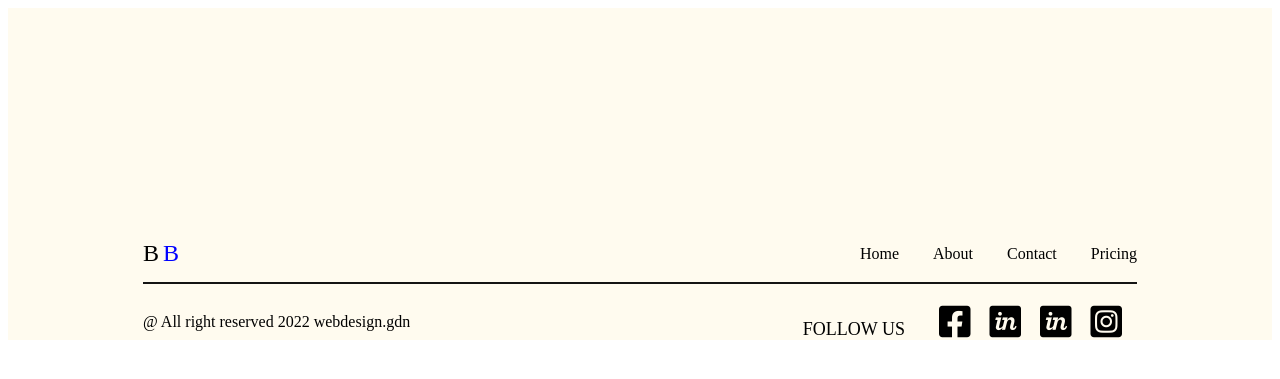
Repository: ngocphuocha/4lifeteam-marketing-agency
Page: index.html
These files come from the project's save history. The page is drawn as it stood at one moment and after the next save; the edit follows.
The browser window is 1280 px wide. The pictures show the whole page.

Above is the page before, as saved 2023-03-13 17:41:40.

### index.html
<!DOCTYPE html>
<html lang="en">
  <head>
    <meta charset="UTF-8" />
    <meta http-equiv="X-UA-Compatible" content="IE=edge" />
    <meta name="viewport" content="width=device-width, initial-scale=1.0" />
    <title>Footer Page</title>
    <!-- hoang nhi css -->
    <link rel="stylesheet" href="css/footer-service.css" />
    <link rel="stylesheet" href="https://use.fontawesome.com/releases/v5.15.4/css/all.css" integrity="sha384-DyZ88mC6Up2uqS4h/KRgHuoeGwBcD4Ng9SiP4dIRy0EXTlnuz47vAwmeGwVChigm" crossorigin="anonymous"/>
  </head>
  <body>
    <!-- Our service (Hoang nhi) -->

    <!--  our service (hoang nhi) -->
  </body>


    <div class="background-footer">
          <div class="container">
            <div class="footer-left">
              <span class="span-1">B</span>
              <span class="span-2">B</span>
            </div>
            <div class="footer-right">
              <span>Home</span>
              <span>About</span>
              <span>Contact</span>
              <span style="padding-right: 0px;">Pricing</span>
            </div>
          </div>
          <div class="footer">
            <div class="text-left">
              <span>@ All right reserved 2022 webdesign.gdn</span>
            </div>
            <div class="text-right">
              <span>FOLLOW US</span>
              <i class="fab fa-facebook-square"></i>
              <i class="fab fa-invision"></i>
              <i class="fab fa-invision"></i>
              <i class="fab fa-instagram-square"></i>
            </div>
          </div>
          <!-- <div class="list-left">
            <a>dsadsa</a>
          </div>
          <div class="list-right">
            <ul>
              <li>
                <a>Home</a>
              </li>
              <li>
                <a>About</a>
              </li>
              <li>
                <a>Contact</a>
              </li>
              <li>
                <a>Pricing</a>
              </li>
            </ul>
          </div>
          <div class="navbar">
            <a style="color: white;">dsadsa</a>
          </div>
          <div class="footer-text">
            <a>@ All right reserved 2022 webdesign.gdn</a>
          </div>
          <div class="footer-icons">
            <ul>
              <li>
                <a>FOLLOW US</a>
              </li>
              <li>
                <i class="fab fa-facebook-square"></i>
              </li>
              <li>
                <i class="fab fa-invision"></i>

              </li>
              <li>
                <i class="fab fa-twitter-square"></i>
              </li>
              <li>
                <i class="fab fa-instagram-square"></i>
              </li>

            </ul>
          </div> -->

    </div>
</html>

### css/footer-service.css
/*Nguyen Thanh*/
  .background-footer{
    background: #FFFBEF;
    padding-top: 232px;
  }

  .background-footer .container{
    display: flex;
    justify-content: space-between;
    align-items: center;
    padding: 0px 0px 15px;
    border-bottom: 2px solid rgba(5, 5, 5, 0.938);
    margin-bottom: 20px;
    margin-right:135px ;
    margin-left: 135px;
  }

  .background-footer .container .footer-left .span-1{
    font-size: 24px;
  }
  .background-footer .container .footer-left .span-2{
    font-weight: 700px;
    font-size: 24px;
    color: blue;
  }

  .background-footer .container .footer-right span{
    padding: 0px 15px;
  }

  .background-footer .footer{
    display: flex;
    align-items: center;
    justify-content: space-between;
    padding: 0px 135px;
  }

  .background-footer .footer .text-right{
    padding-right: 15px;
  }
  .background-footer .footer .text-right span{
    padding: 0px 15px;
    font-size: 18px;
  }
  .background-footer .footer .text-right i{
    padding-left: 15px;
    font-size: 36px;
  }

  @media (min-width: 600px) and (max-width: 1080px) {
    .background-footer{
        display: flex;
        font-size: 1.5vmax;
    }
    .background-footer .footer .text-right i{
        /* display: flex;
        font-size: 1vmax;
        margin: 0 0.5vmax; */
    }

    .background-footer .container .footer-left span{
        /* display: flex;
        margin: 0 0.5px; */
      }
  }

After the next save:
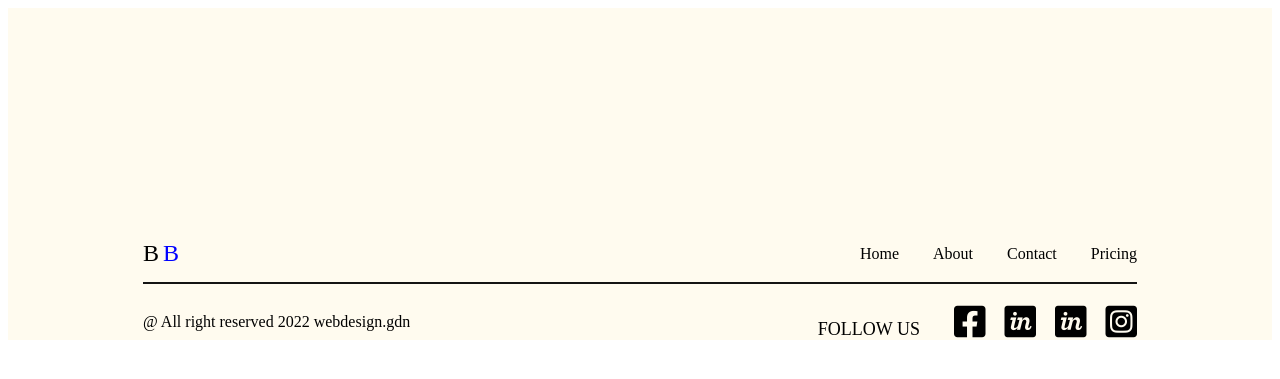
Saved 44 s later.
--- a/css/footer-service.css
+++ b/css/footer-service.css
@@ -36,7 +36,7 @@
   }
 
   .background-footer .footer .text-right{
-    padding-right: 15px;
+    /* padding-right: 15px; */
   }
   .background-footer .footer .text-right span{
     padding: 0px 15px;
